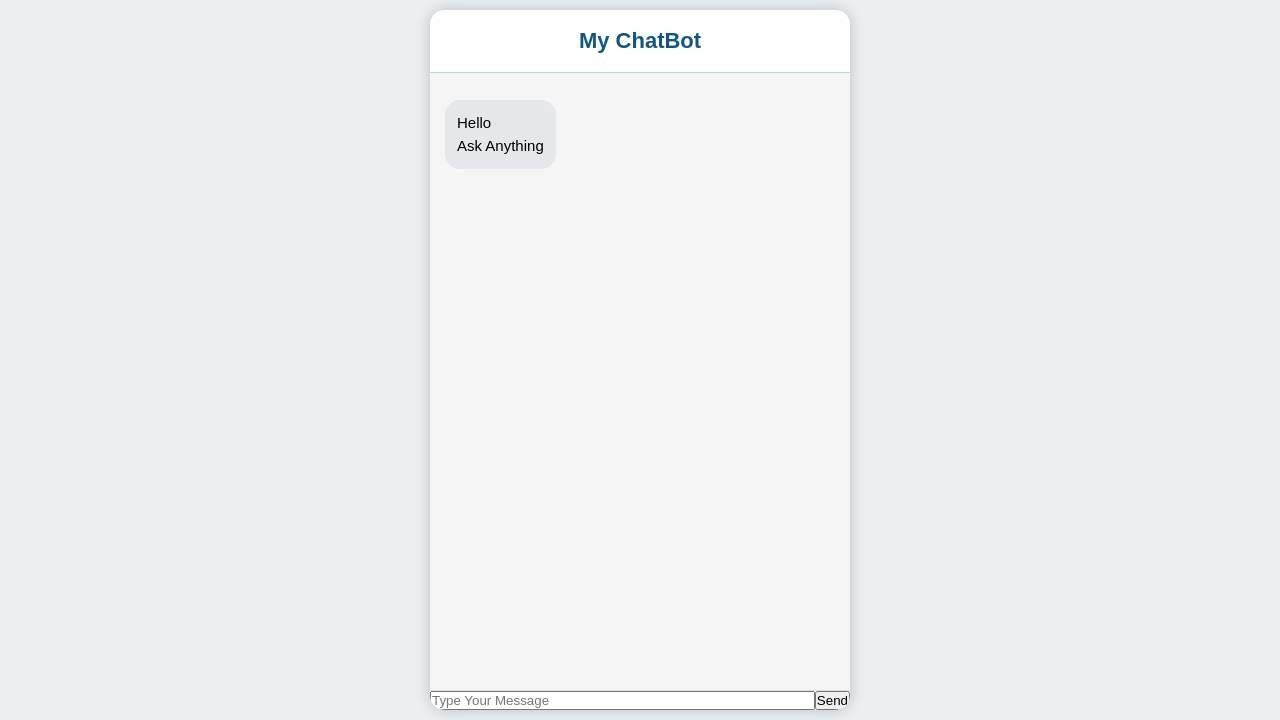
Repository: nt269782-web/Offline-ChatBot
Page: front.html
An editor plug-in stored every save of this project. The page is shown before and after a run of saves, followed by the edit.
The browser window is 1280 px wide. The pictures show the whole page.

Above is the page before, as saved 2026-07-08 12:51:23.

After the next 4 saves:
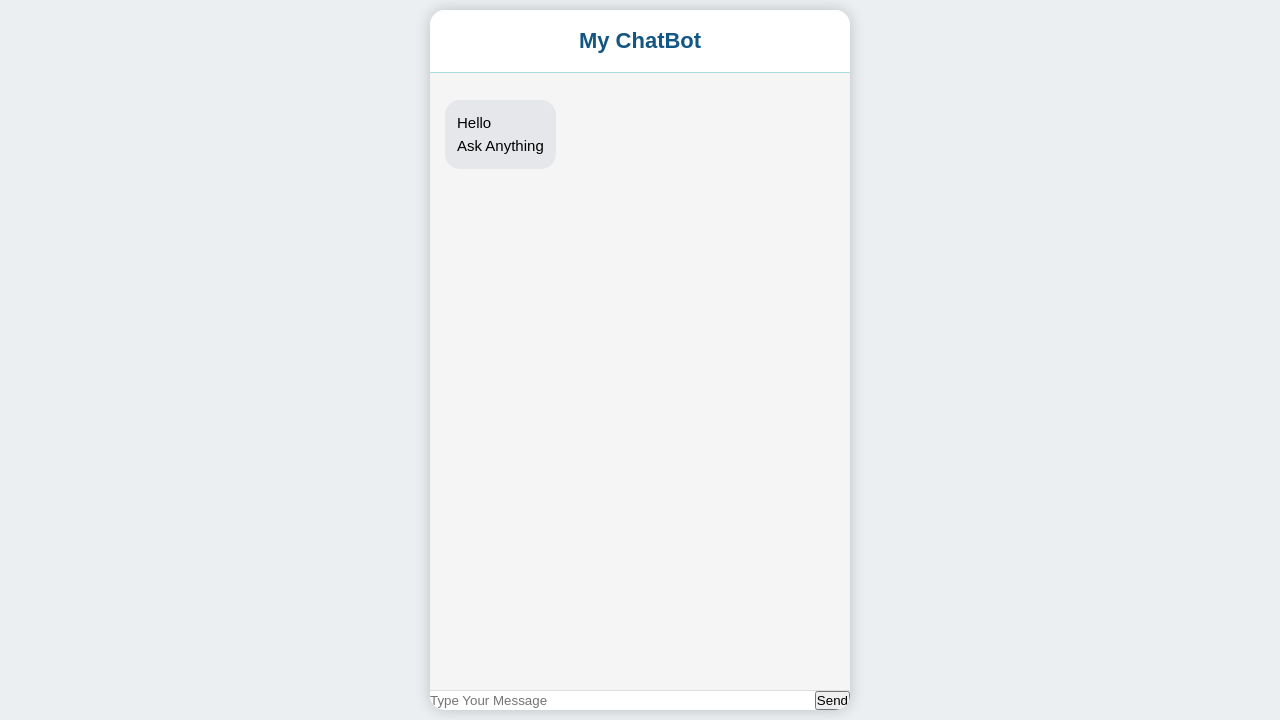
The 4 saves are shown as one change because they came seconds apart.
The last was saved 10 s later.
--- a/front.html
+++ b/front.html
@@ -91,6 +91,7 @@
         }
         input{
             flex: 1;
+            border: navajowhite;
         }
 
     </style>
